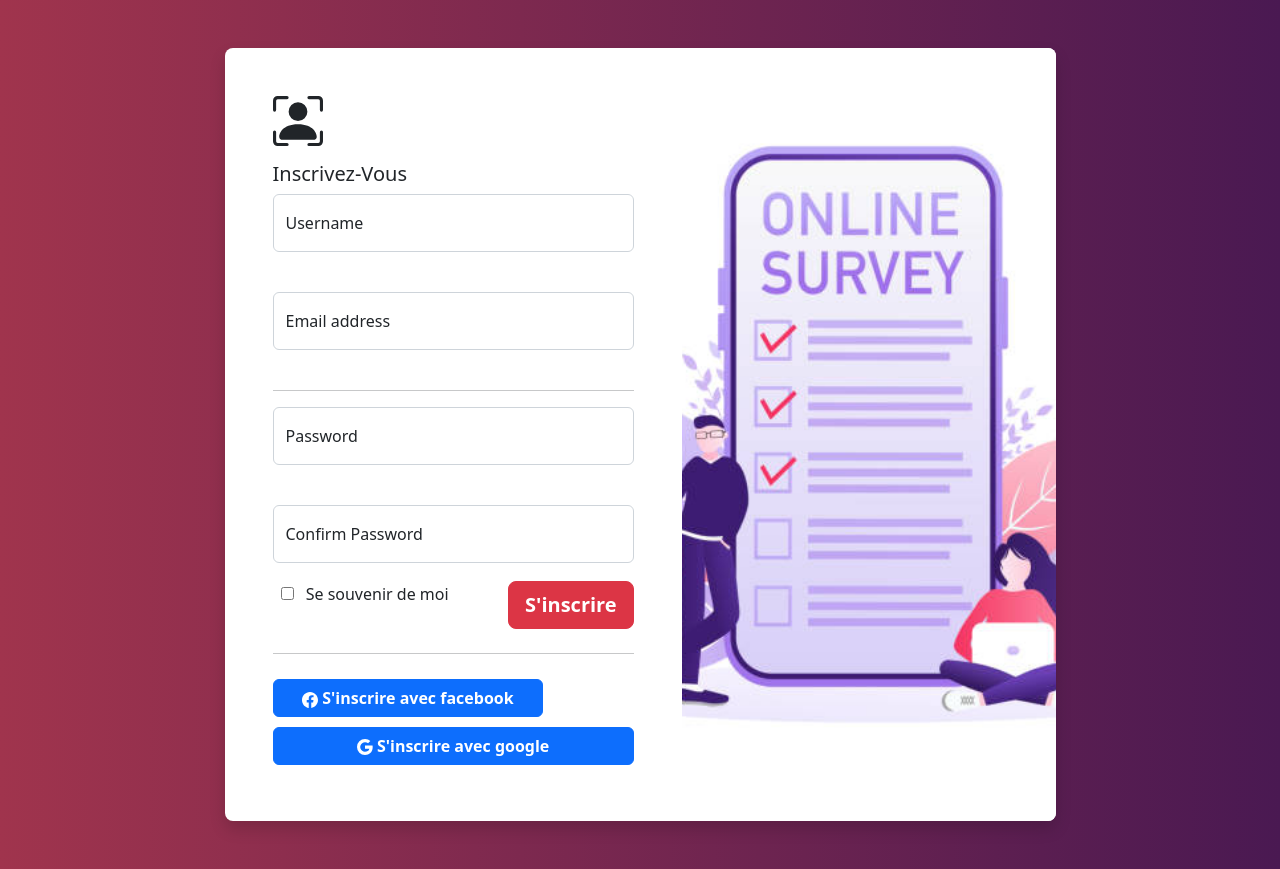
Repository: Djiamil/testsMoustaphaDER
Page: index.html
These files come from the project's save history. The page is drawn as it stood at one moment and after the next save; the edit follows.
The browser window is 1280 px wide. The pictures show the whole page.

Above is the page before, as saved 2022-12-09 01:00:10.

After the next save:
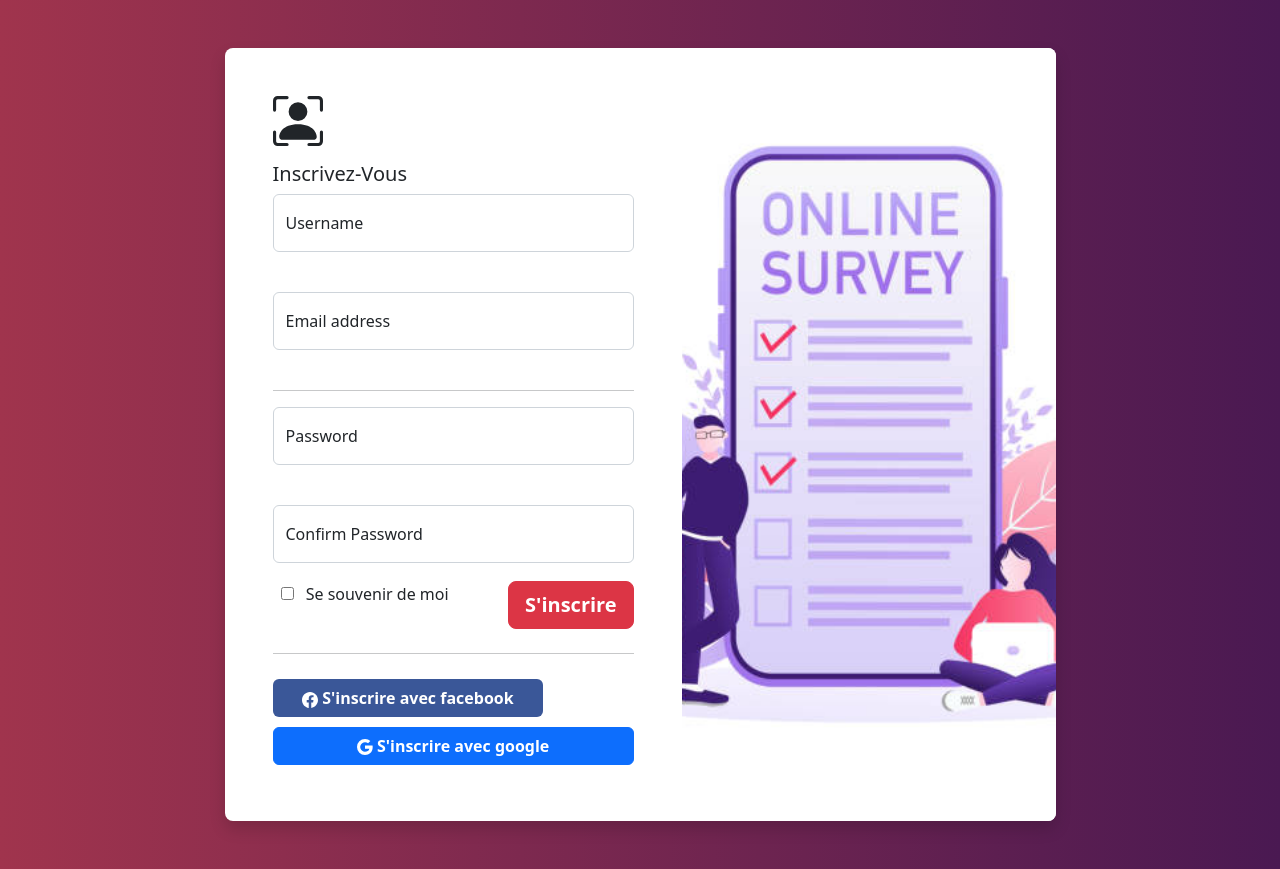
Saved 4 s later.
--- a/index.html
+++ b/index.html
@@ -59,7 +59,7 @@
                     <hr class="my-4">
                 </form>
                     <div class="d-grid mb-2 w-75">
-                        <button class="btn btn-primary fw-bold ">
+                        <button class="btn btn-facebook fw-bold ">
                             <svg xmlns="http://www.w3.org/2000/svg" width="16" height="16" fill="currentColor" class="bi bi-facebook" viewBox="0 0 16 16">
                                 <path d="M16 8.049c0-4.446-3.582-8.05-8-8.05C3.58 0-.002 3.603-.002 8.05c0 4.017 2.926 7.347 6.75 7.951v-5.625h-2.03V8.05H6.75V6.275c0-2.017 1.195-3.131 3.022-3.131.876 0 1.791.157 1.791.157v1.98h-1.009c-.993 0-1.303.621-1.303 1.258v1.51h2.218l-.354 2.326H9.25V16c3.824-.604 6.75-3.934 6.75-7.951z"/>
                             </svg>
